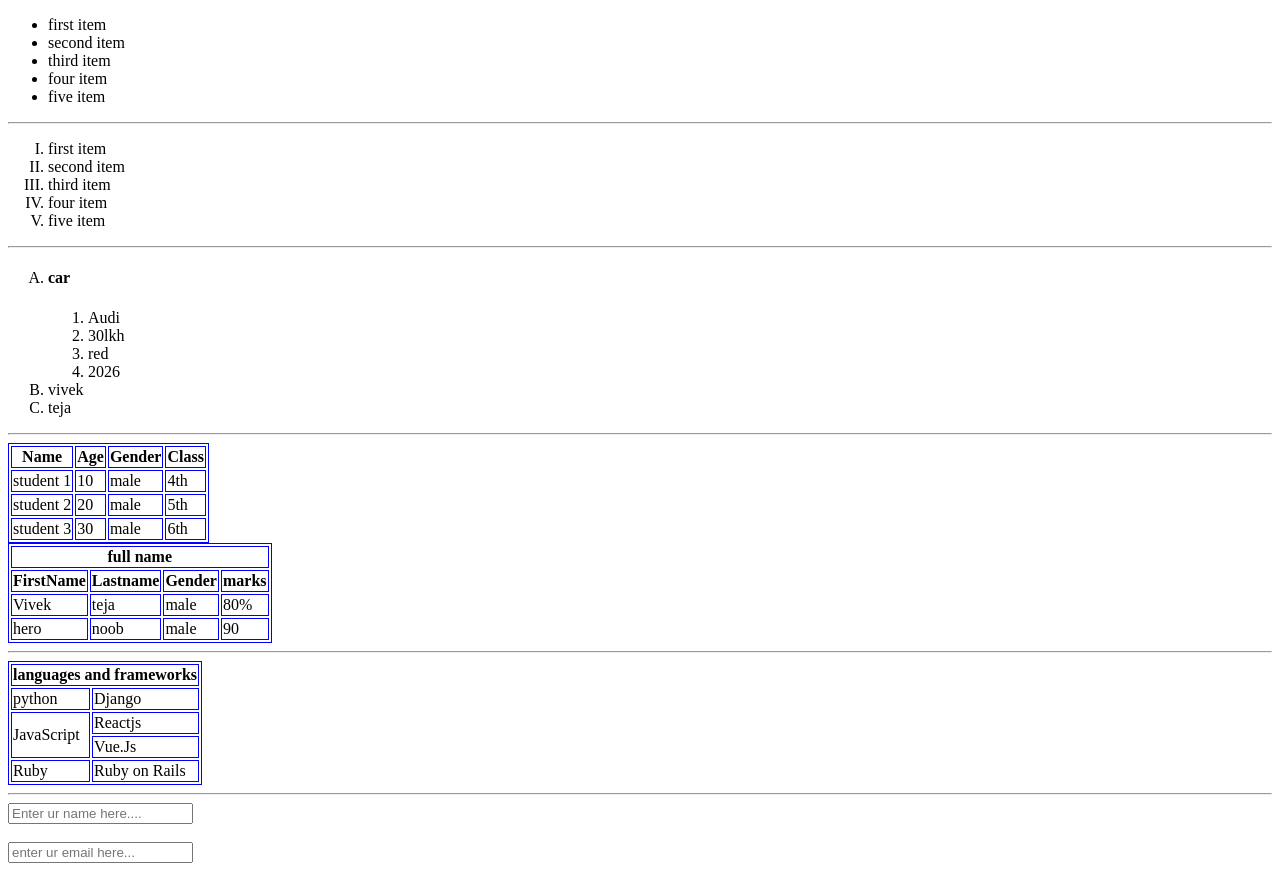
Repository: viveknaidu007/repo-166-Full-Stack-Development-Learning-Notes-Innomatics-2024
Page: module_1-html,css,bootstrap/spet_20_2024/index.html
The author's editor kept a copy of each file at every save. The page is drawn from the files as they stood at one save, then again after the next save.
The browser window is 1280 px wide. The pictures show the whole page.

Above is the page before, as saved 2024-09-21 14:24:35.

### module_1-html,css,bootstrap/spet_20_2024/index.html
<!DOCTYPE html>
<html lang="en">
<head>
    <meta charset="UTF-8">
    <meta name="viewport" content="width=device-width, initial-scale=1.0">
    <title>intro</title>
    <style>
        table,th,td{
            border:1px solid blue;
        }
    </style>
</head>
<body>
    <ul>
        <li> first item</li>
        <li> second item</li>
        <li> third item</li>
        <li> four item</li>
        <li> five item</li>
    </ul>

    <hr>

    <ol type="I">
        <li> first item </li>
        <li> second item </li>
        <li> third item </li>
        <li> four item </li>
        <li> five item </li>
    </ol>

    <hr>

    <ol type="A">
        <li>
            <h4> car </h4>
            <ol>
                <li> Audi </li>
                <li> 30lkh </li>
                <li> red </li>
                <li> 2026 </li>
            </ol>
        </li>
        <li> vivek </li>
        <li> teja </li>
    </ol>

    <hr>

    <table>
        <tr>
            <th> Name </th>
            <th> Age </th>
            <th> Gender </th>
            <th> Class </th>
        </tr>

        <tr>
            <td> student 1</td>
            <td> 10 </td>
            <td> male </td>
            <td> 4th</td>
        </tr>

        <tr>
            <td> student 2</td>
            <td> 20 </td>
            <td> male </td>
            <td> 5th</td>
        </tr>

        <tr>
            <td> student 3</td>
            <td> 30 </td>
            <td> male </td>
            <td> 6th </td>
        </tr>


    </table>

    <table>
        <tr>
            <th colspan="4"> full name </th>
        </tr>
        <tr>
            <th> FirstName </th>
            <th> Lastname </th>
            <th> Gender </th>
            <th> marks </th>
        </tr>
        <tr>
            <td>Vivek</td>
            <td>teja</td>
            <td>male</td>
            <td>80%</td>
        </tr>
        <tr>
            <td> hero </td>
            <td> noob </td>
            <td> male </td>
            <td> 90 </td>
        </tr>

    </table>
    <hr>
    <table>
        <tr>
            <th colspan="2"> languages and frameworks </th>
        </tr>
        <tr>
            <td>python</td>
            <td>Django</td>
        </tr>
        <tr>
            <td rowspan="2">JavaScript</td>
            <td>Reactjs</td>
        </tr>
        <tr>
            <td>Vue.Js</td>
        </tr>
        <tr>
            <td>Ruby</td>
            <td>Ruby on Rails</td>
        </tr>
    </table>

    <hr>

    <input type="text" placeholder="Enter ur name here...."/>
    <br>
    <br>
    <input type="text" placeholder="enter ur email here..."/>
    <br>
</body>
</html>

After the next save:
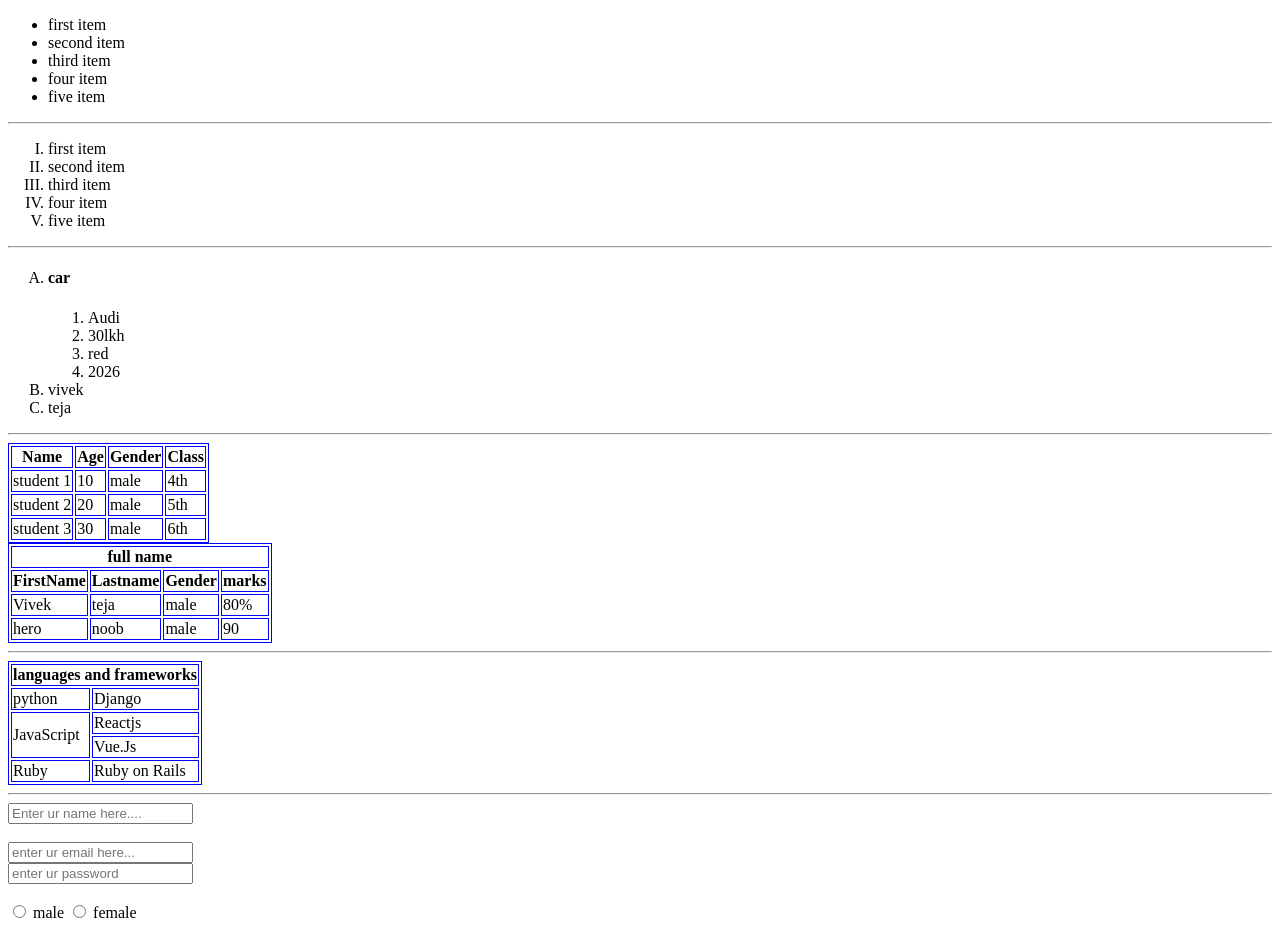
Saved 3 min 32 s later.
--- a/module_1-html,css,bootstrap/spet_20_2024/index.html
+++ b/module_1-html,css,bootstrap/spet_20_2024/index.html
@@ -130,7 +130,13 @@
     <input type="text" placeholder="Enter ur name here...."/>
     <br>
     <br>
-    <input type="text" placeholder="enter ur email here..."/>
+    <input type="email" placeholder="enter ur email here..."/>
     <br>
+    <input type="password" placeholder="enter ur password"/>
+    <br> <br>
+    <input type="radio" name="" id="">
+    male
+    <input type="radio" name="" id="">
+    female
 </body>
 </html>
